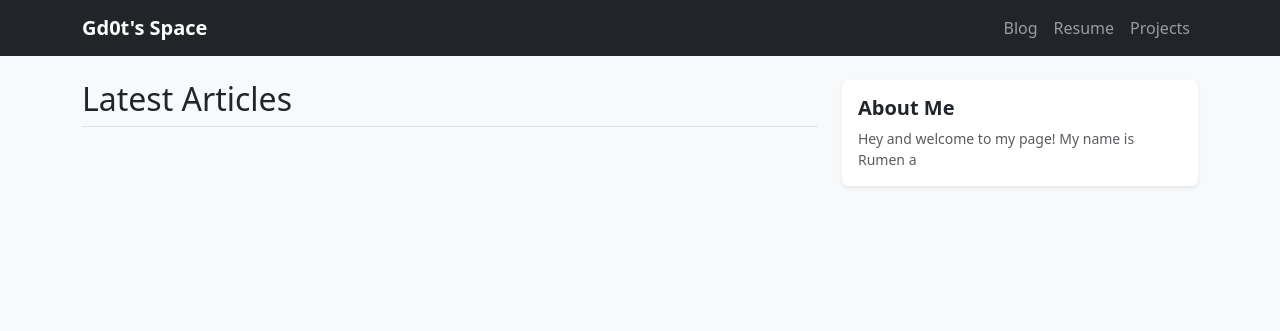
Repository: gd0t/gd0t-blog
Page: http://localhost/index
An editor plug-in stored every save of this project. The page is shown before and after the next save, followed by the edit.
The browser window is 1280 px wide. The pictures show the whole page.
The page is this project's Thymeleaf template; nobody is signed in. The template is opened directly, without the code that normally fills it, so the values that code supplies are empty.

Above is the page before, as saved 2026-06-03 16:19:12.

After the next save:
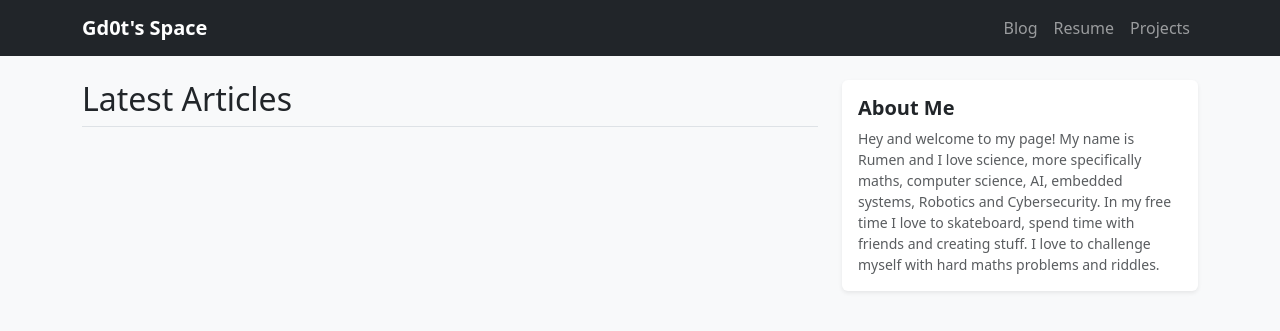
Saved 2 min 39 s later.
--- a/gd0t/src/main/resources/templates/index.html
+++ b/gd0t/src/main/resources/templates/index.html
@@ -28,7 +28,9 @@
                     <div class="card-body">
                         <h5 class="card-title fw-bold">About Me</h5>
                         <p class="card-text text-muted small">
-                        	Hey and welcome to my page! My name is Rumen a
+                        	Hey and welcome to my page! My name is Rumen and I love science, more specifically
+                        	maths, computer science, AI, embedded systems, Robotics and Cybersecurity. In my free time I love to skateboard,
+                        	spend time with friends and creating stuff. I love to challenge myself with hard maths problems and riddles.
                         </p>
                     </div>
                 </div>
